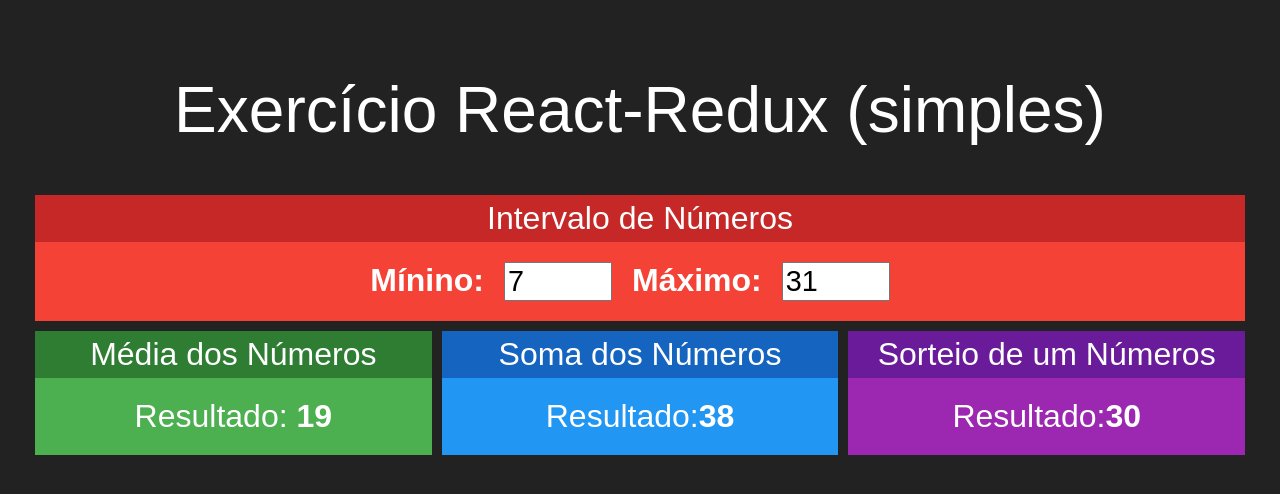
Repository: Henrique-Franca/Clear-Redux-Simples
Page: /
The author's editor kept a copy of each file at every save. The page is drawn from the files as they stood at one save, then again after the next save.
The browser window is 1280 px wide. The pictures show the whole page.
The project was rebuilt for these pictures with package versions that can differ from the ones it lists, and the page was loaded fresh each time.

Above is the page before, as saved 2022-11-22 11:56:48.

After the next save:
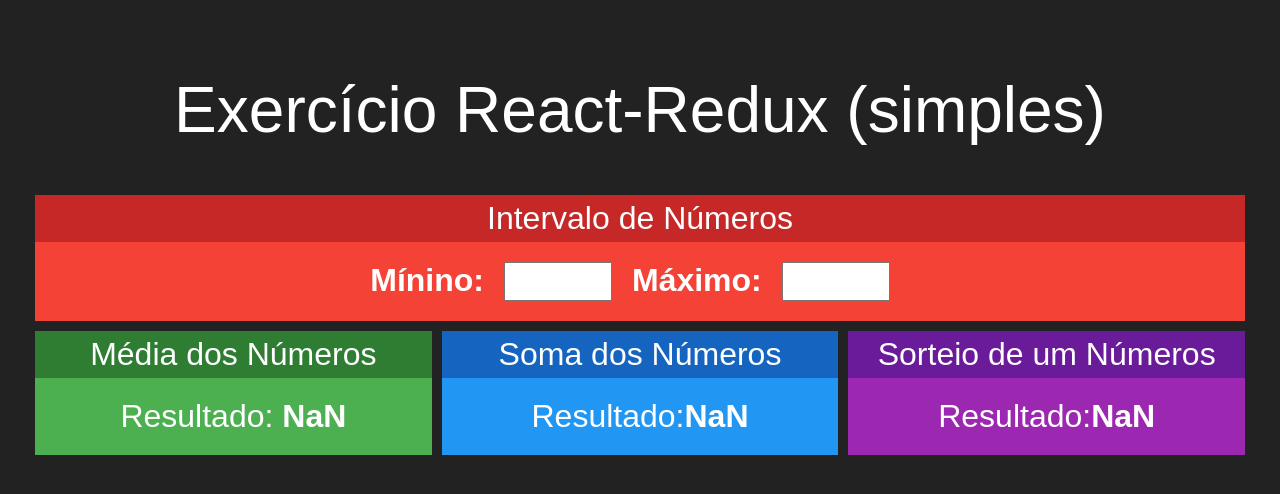
Saved 18 s later.
--- a/src/components/store/storeConfig.js
+++ b/src/components/store/storeConfig.js
@@ -11,8 +11,7 @@ const reducers = combineReducers({
                 }
             default:
                 return {
-                    min: 7,
-                    max: 31
+                   state
                 }
         }
 
